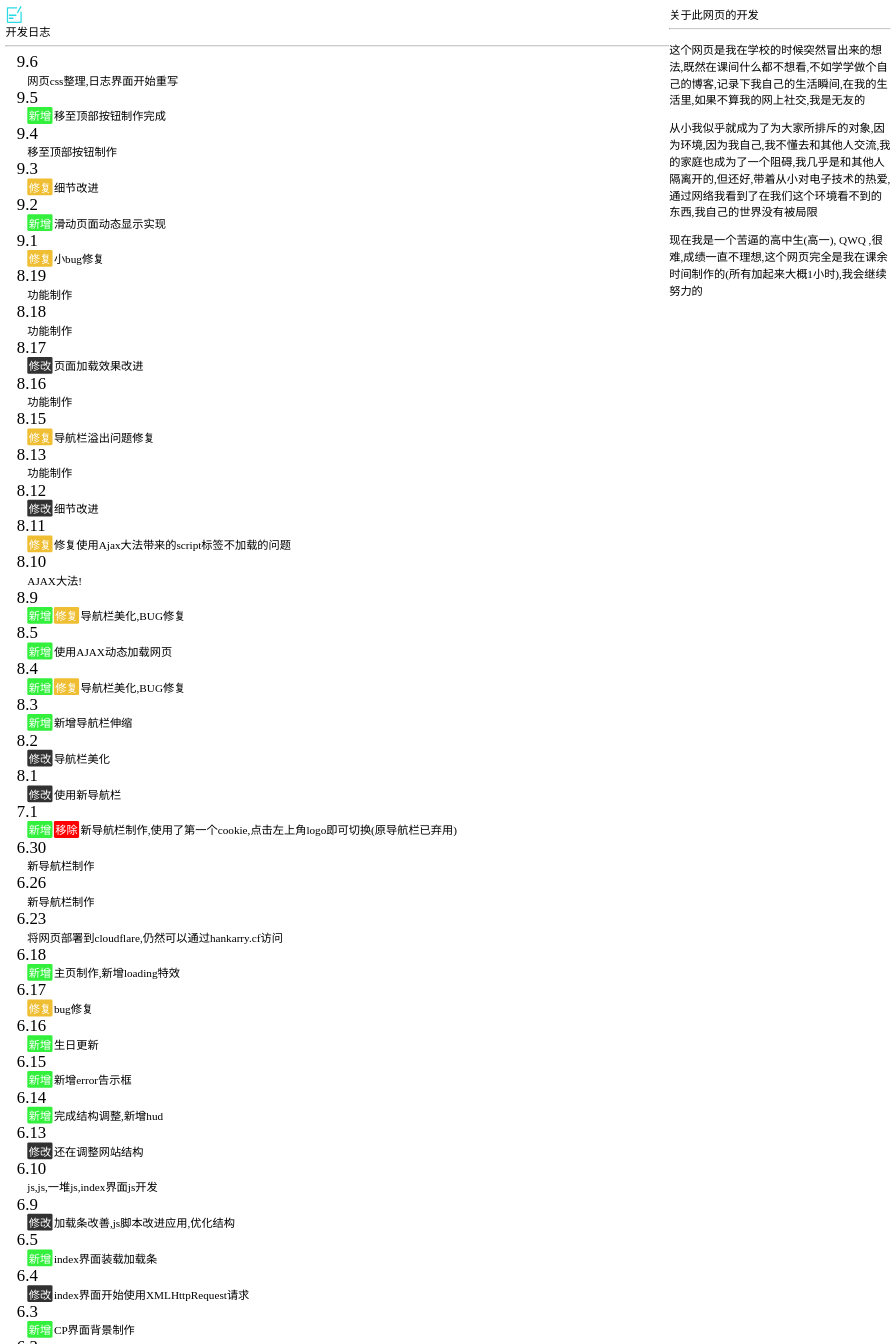
Repository: hankarry/personal_page
Page: diary/diary_pageload.html
An editor plug-in stored every save of this project. The page is shown before and after the next save, followed by the edit.
The browser window is 1280 px wide. The pictures show the part of the page from y = 0 to 1920 px (the page is 3512 px tall before and 3522 px after), at 70% of full size.

Above is the page before, as saved 2022-09-08 22:39:38.
Console error: ReferenceError: Header is not defined

After the next save:
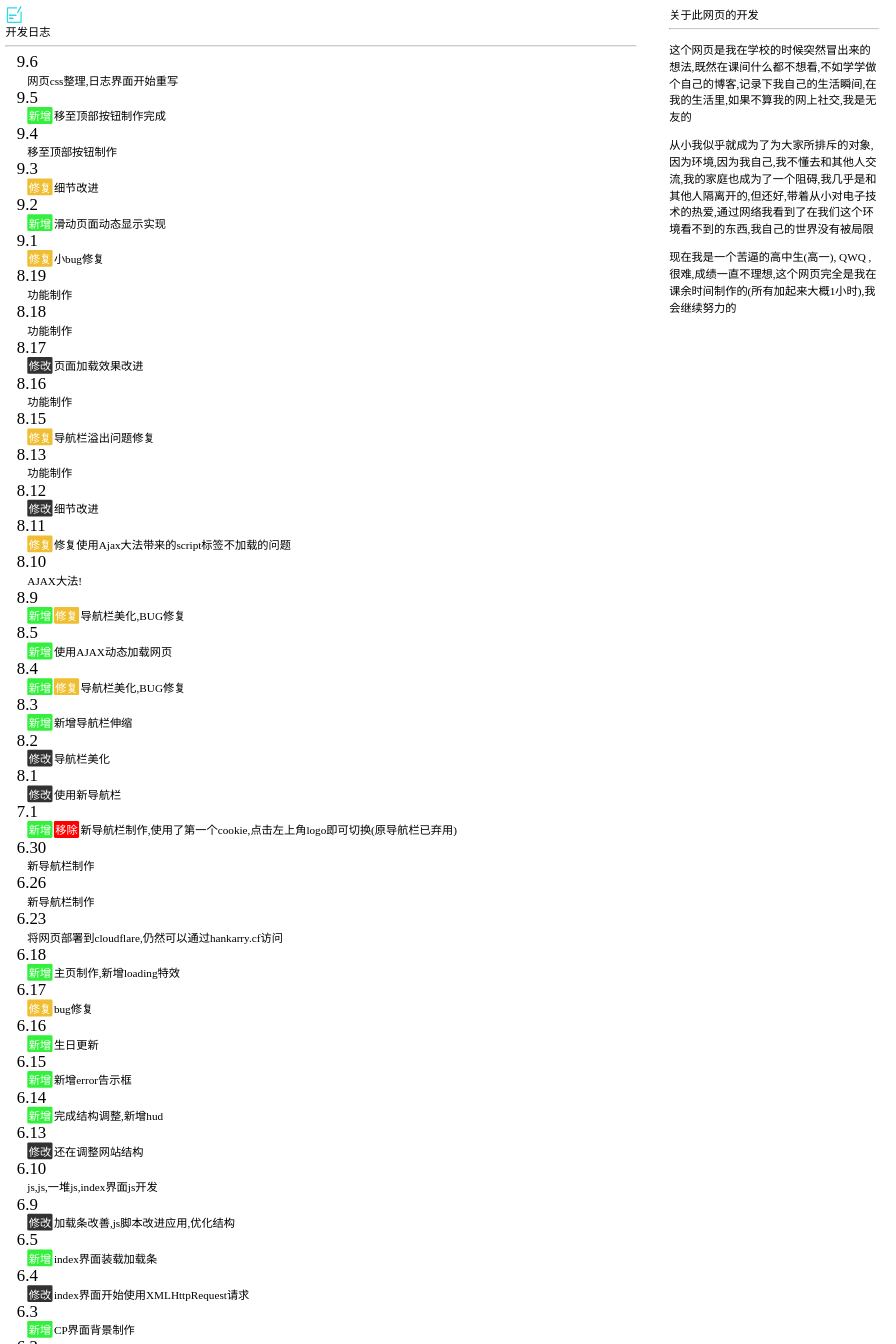
Saved 11 h 30 min later.
--- a/css/diary.css
+++ b/css/diary.css
@@ -2,6 +2,11 @@
     #whole_diary {
         display: grid;
         grid-template-columns : 75% 25%;
+    }
+
+    .card {
+        width: 95%;
+        margin: 0 0 10px 0;
     }
 }
 
